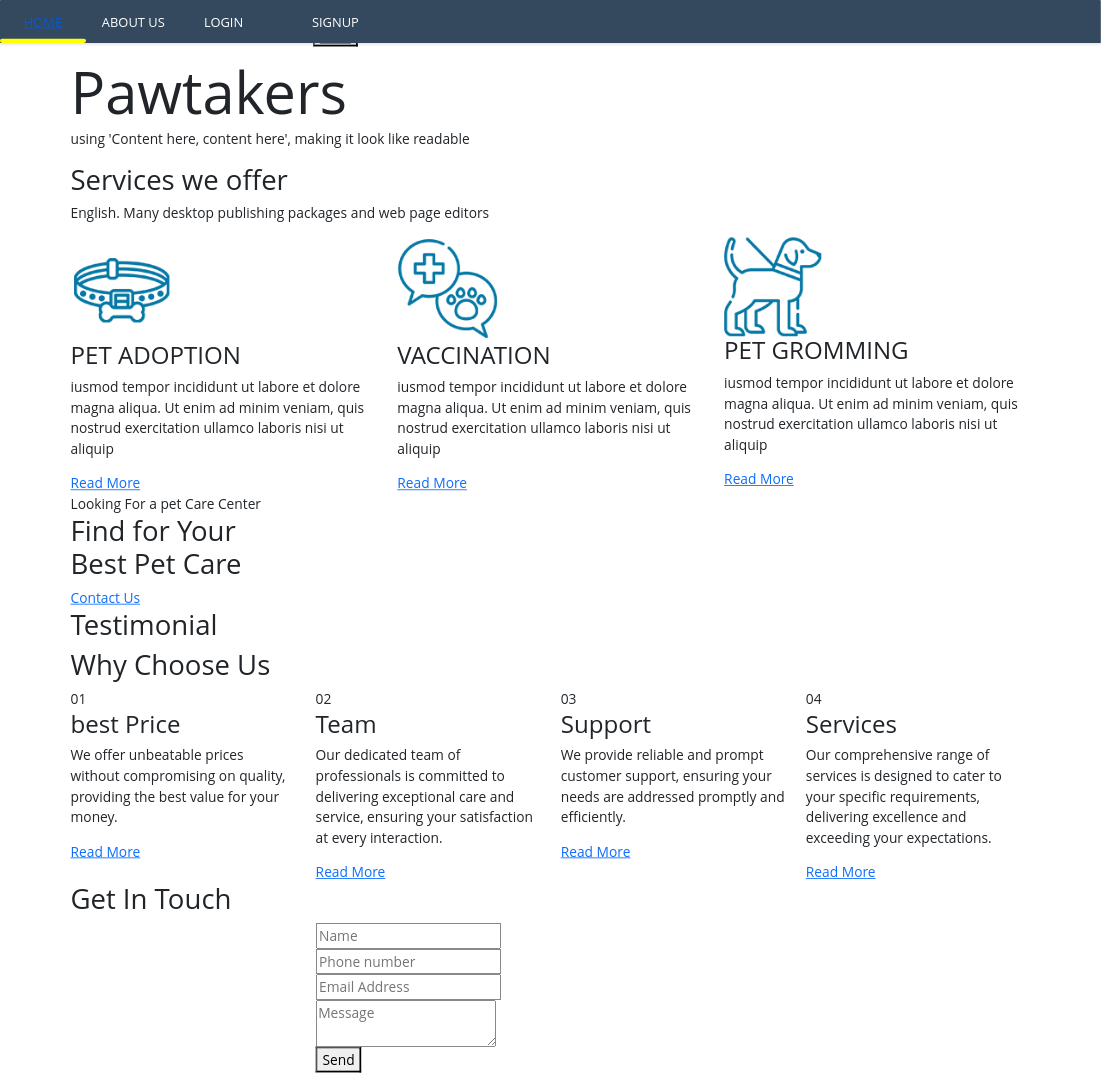
Repository: Chitti-g-k/Paw-Takers
Page: templates/index.html
The author's editor kept a copy of each file at every save. The page is drawn from the files as they stood at one save, then again after the next save.
The browser window is 1280 px wide. The pictures show the whole page, at 86% of full size.
The template is drawn by Django 4.2. The application's start-up code is not run. The template is opened directly, without the code that normally fills it, so the values that code supplies are empty.

Above is the page before, as saved 2023-07-16 13:23:09.

After the next save:
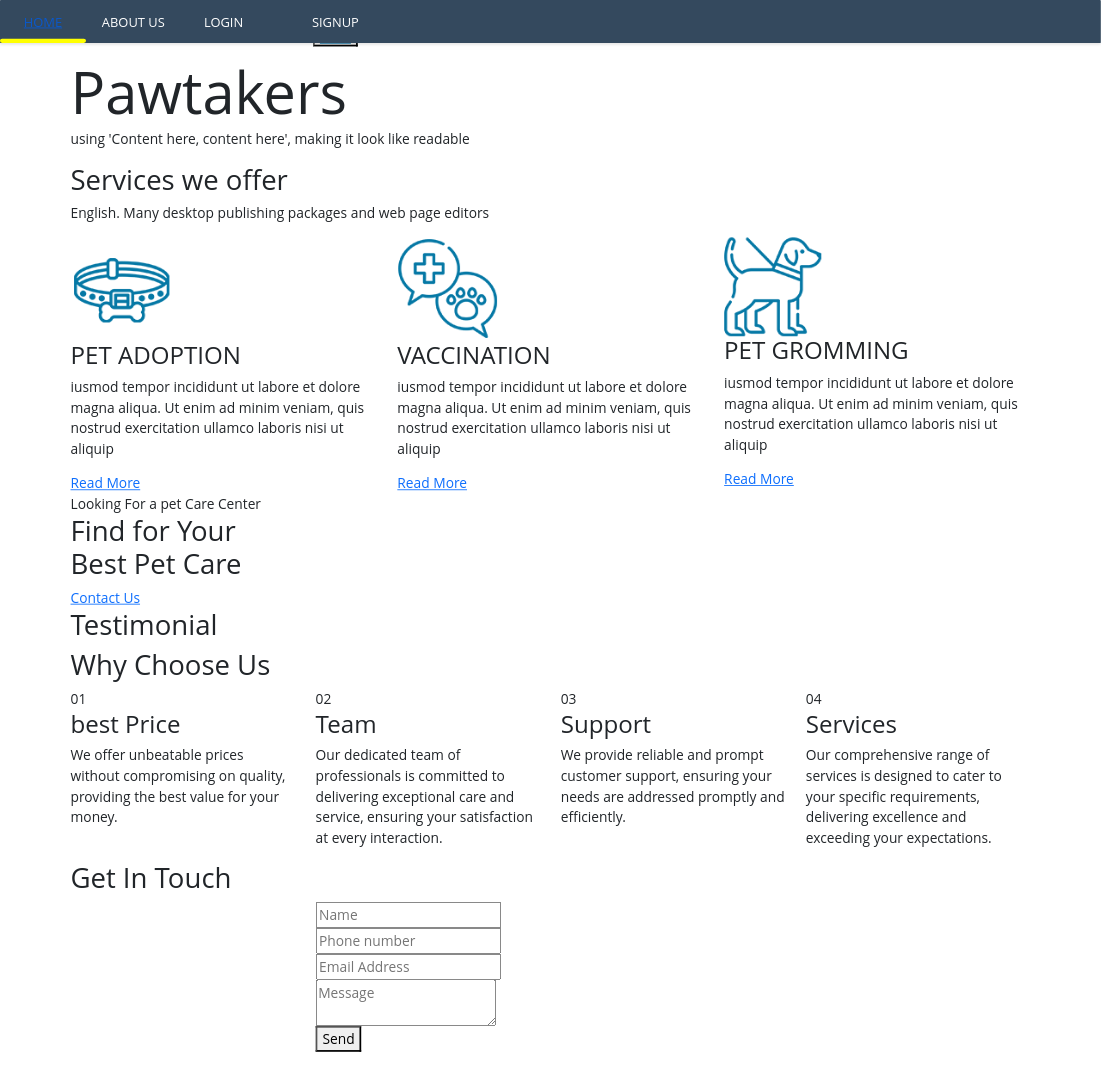
Saved 57 s later.
--- a/templates/index.html
+++ b/templates/index.html
@@ -323,7 +323,7 @@
                             <span>01</span>
                             <h3>best Price</h3>
                             <p>We offer unbeatable prices without compromising on quality, providing the best value for your money.</p>
-                            <a href="choose.html">Read More</a>
+
                         </div>
                     </div>
                     <div class="col-lg-3 col-md-6">
@@ -331,7 +331,7 @@
                             <span>02</span>
                             <h3>Team</h3>
                             <p>Our dedicated team of professionals is committed to delivering exceptional care and service, ensuring your satisfaction at every interaction.</p>
-                            <a href="choose.html">Read More</a>
+
                         </div>
                     </div>
                     <div class="col-lg-3 col-md-6">
@@ -339,7 +339,7 @@
                             <span>03</span>
                             <h3>Support</h3>
                             <p>We provide reliable and prompt customer support, ensuring your needs are addressed promptly and efficiently.</p>
-                            <a href="choose.html">Read More</a>
+
                         </div>
                     </div>
                     <div class="col-lg-3 col-md-6">
@@ -347,7 +347,7 @@
                             <span>04</span>
                             <h3>Services</h3>
                             <p>Our comprehensive range of services is designed to cater to your specific requirements, delivering excellence and exceeding your expectations.</p>
-                            <a href="#">Read More</a>
+
                         </div>
                     </div>
                 </div>
